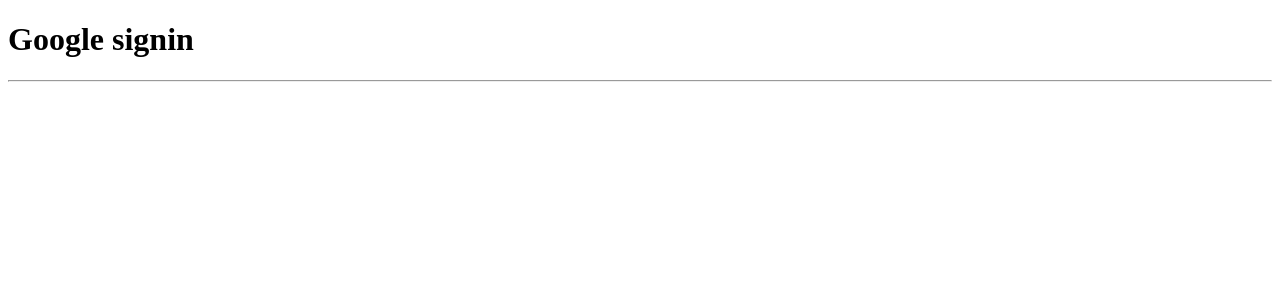
Repository: tive02/restserver
Page: public/index.html
These files come from the project's save history. The page is drawn as it stood at one moment and after the next save; the edit follows.
The browser window is 1280 px wide. The pictures show the whole page.

Above is the page before, as saved 2021-09-13 18:48:24.

After the next save:
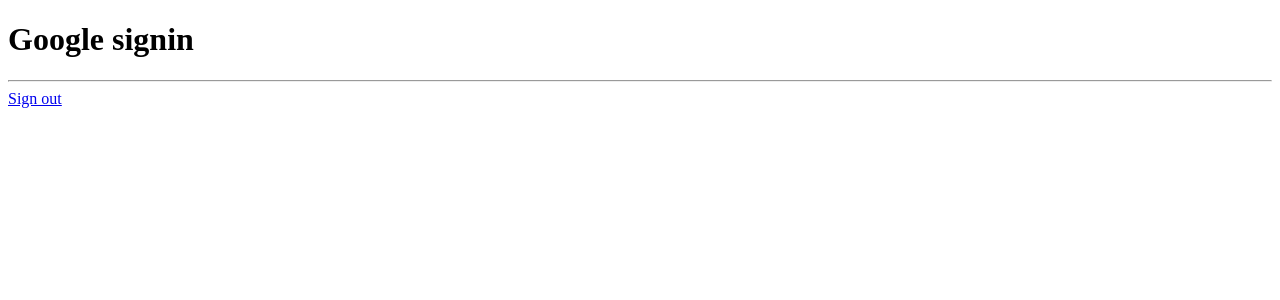
Saved 3 min 59 s later.
--- a/public/index.html
+++ b/public/index.html
@@ -13,6 +13,7 @@
     <h1>Google signin</h1>
     <hr />
     <div class="g-signin2" data-onsuccess="onSignIn"></div>
+    <a href="#" onclick="signOut();">Sign out</a>
     <script src="https://apis.google.com/js/platform.js" async defer></script>
     <script>
       function onSignIn(googleUser) {
@@ -23,5 +24,13 @@
         console.log("Email: " + profile.getEmail()); // This is null if the 'email' scope is not present.
       }
     </script>
+    <script>
+      function signOut() {
+        var auth2 = gapi.auth2.getAuthInstance();
+        auth2.signOut().then(function () {
+          console.log("User signed out.");
+        });
+      }
+    </script>
   </body>
 </html>
